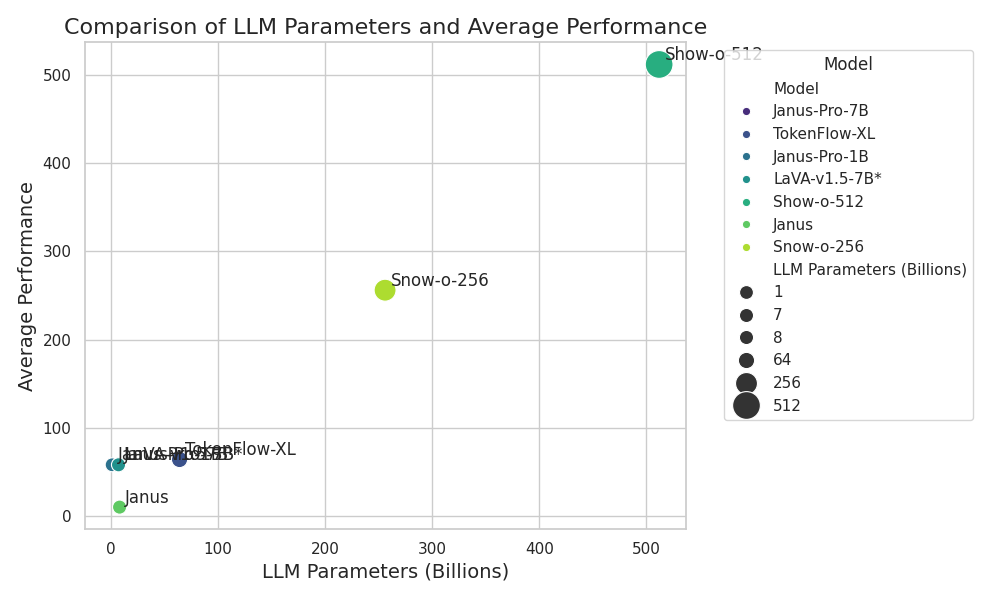
Repository: ChloeKiwi/dgae_related_all
Script's output: python fork-main/plot2.py
These files come from the project's save history. The script's output is drawn as it stood at one moment and after the next save; the edit follows.
Random numbers start from a fixed seed.

Above is the script's output before, as saved 2025-02-24 18:17:12.

### fork-main/plot2.py
import matplotlib.pyplot as plt
import seaborn as sns
import pandas as pd

# 数据准备
data = {
    "Model": ["Janus-Pro-7B", "TokenFlow-XL", "Janus-Pro-1B", "LaVA-v1.5-7B*", "Show-o-512", "Janus", "Snow-o-256"],
    "LLM Parameters (Billions)": [7, 64, 1, 7, 512, 8, 256],  # 参数量
    "Average Performance": [58, 64, 58, 58, 512, 10, 256]   # 平均性能
}

# 转换为 DataFrame
df = pd.DataFrame(data)

# 设置 Seaborn 风格
sns.set(style="whitegrid")

# 创建散点图
plt.figure(figsize=(10, 6))
scatter = sns.scatterplot(
    x="LLM Parameters (Billions)",
    y="Average Performance",
    hue="Model",
    size="LLM Parameters (Billions)",  # 用点的大小表示参数量
    sizes=(100, 400),  # 点的大小范围
    palette="viridis",  # 颜色方案
    data=df
)

# 添加标签
for i, row in df.iterrows():
    plt.text(
        row["LLM Parameters (Billions)"] + 5,  # X 轴偏移
        row["Average Performance"] + 5,       # Y 轴偏移
        row["Model"],
        fontsize=12,
        ha="left"
    )

# 设置标题和标签
plt.title("Comparison of LLM Parameters and Average Performance", fontsize=16)
plt.xlabel("LLM Parameters (Billions)", fontsize=14)
plt.ylabel("Average Performance", fontsize=14)

# 显示图例
plt.legend(title="Model", bbox_to_anchor=(1.05, 1), loc='upper left')

# 显示图表
plt.tight_layout()
plt.savefig("plot2.pdf")

plt.show()

After the next save:
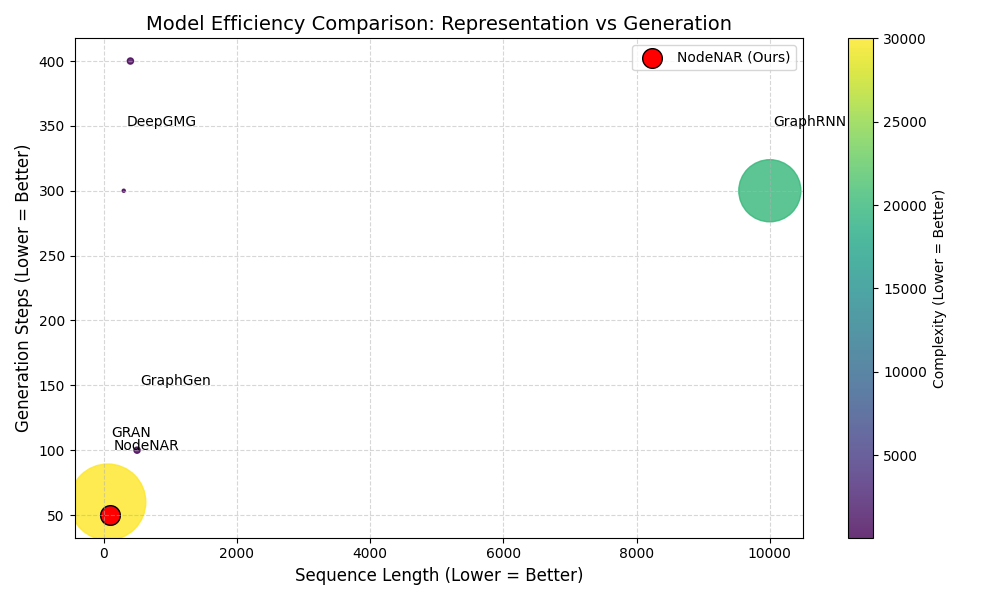
Saved 4 h 33 min later.
--- a/fork-main/plot2.py
+++ b/fork-main/plot2.py
@@ -1,52 +1,51 @@
 import matplotlib.pyplot as plt
-import seaborn as sns
 import pandas as pd
 
-# 数据准备
+# 数据准备（假设N=100, M=200）
 data = {
-    "Model": ["Janus-Pro-7B", "TokenFlow-XL", "Janus-Pro-1B", "LaVA-v1.5-7B*", "Show-o-512", "Janus", "Snow-o-256"],
-    "LLM Parameters (Billions)": [7, 64, 1, 7, 512, 8, 256],  # 参数量
-    "Average Performance": [58, 64, 58, 58, 512, 10, 256]   # 平均性能
+    "Model": ["DeepGMG", "GraphRNN", "GRAN", "EdgePredict", "GraphGen", "NodeNAR"],
+    "Sequence Length": [100+200, 100**2, (100+200)/5, 2*200, 5*100, 100],  # 根据#Sequence Length列计算
+    "Generation Steps": [100+200, 100+200, (100+200)/5, 2*200, 100, 100/2],  # 根据#Gen. Steps列计算
+    "Complexity": [100**2/200, 100*200, 100*(200+100), 200, 200, 100]  # 根据Complexity列假设N=100, M=200
 }
 
-# 转换为 DataFrame
 df = pd.DataFrame(data)
 
-# 设置 Seaborn 风格
-sns.set(style="whitegrid")
-
-# 创建散点图
+# 绘制散点图
 plt.figure(figsize=(10, 6))
-scatter = sns.scatterplot(
-    x="LLM Parameters (Billions)",
-    y="Average Performance",
-    hue="Model",
-    size="LLM Parameters (Billions)",  # 用点的大小表示参数量
-    sizes=(100, 400),  # 点的大小范围
-    palette="viridis",  # 颜色方案
-    data=df
+scatter = plt.scatter(
+    x=df["Sequence Length"],
+    y=df["Generation Steps"],
+    c=df["Complexity"],  # 颜色表示复杂度
+    s=df["Complexity"]*0.1,  # 大小表示复杂度（缩放比例）
+    cmap="viridis",
+    alpha=0.8
 )
 
-# 添加标签
+# 标注模型名称
 for i, row in df.iterrows():
-    plt.text(
-        row["LLM Parameters (Billions)"] + 5,  # X 轴偏移
-        row["Average Performance"] + 5,       # Y 轴偏移
+    plt.annotate(
         row["Model"],
-        fontsize=12,
-        ha="left"
+        (row["Sequence Length"] + 50, row["Generation Steps"] + 50),
+        fontsize=10
     )
 
-# 设置标题和标签
-plt.title("Comparison of LLM Parameters and Average Performance", fontsize=16)
-plt.xlabel("LLM Parameters (Billions)", fontsize=14)
-plt.ylabel("Average Performance", fontsize=14)
+# 突出NodeNAR
+plt.scatter(
+    df[df["Model"] == "NodeNAR"]["Sequence Length"],
+    df[df["Model"] == "NodeNAR"]["Generation Steps"],
+    color="red",
+    s=200,
+    edgecolor="black",
+    label="NodeNAR (Ours)"
+)
 
-# 显示图例
-plt.legend(title="Model", bbox_to_anchor=(1.05, 1), loc='upper left')
-
-# 显示图表
+# 图表美化
+plt.title("Model Efficiency Comparison: Representation vs Generation", fontsize=14)
+plt.xlabel("Sequence Length (Lower = Better)", fontsize=12)
+plt.ylabel("Generation Steps (Lower = Better)", fontsize=12)
+plt.colorbar(scatter, label="Complexity (Lower = Better)")
+plt.legend()
+plt.grid(True, linestyle="--", alpha=0.5)
 plt.tight_layout()
-plt.savefig("plot2.pdf")
-
 plt.show()
